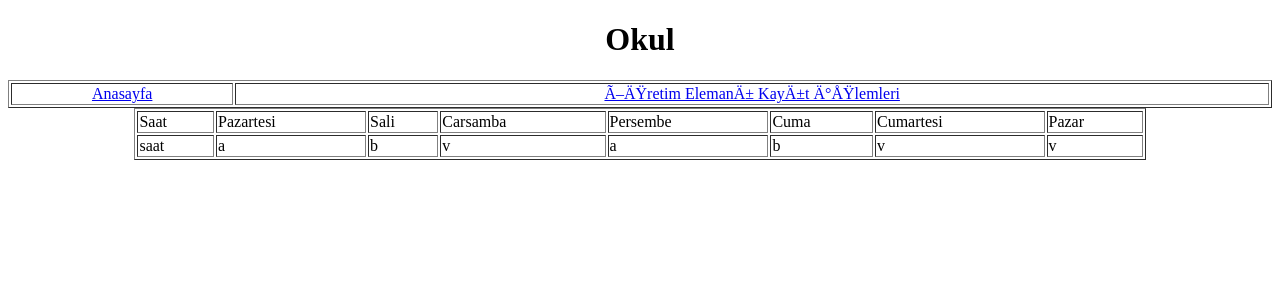
Repository: Egemen-ve-Burakhan-internet-final/final
Page: http://localhost/ogretim/
These files come from the project's save history. The page is drawn as it stood at one moment and after the next save; the edit follows.
The browser window is 1280 px wide. The pictures show the whole page.
The page is served by Tomcat 9. Other server files are loaded and not shown.

Above is the page before, as saved 2020-05-25 14:07:33.

### okul/ogretim/WebContent/index.jsp
<%@ page language="java" contentType="text/html; charset=ISO-8859-1"
    pageEncoding="ISO-8859-1"%>
<!DOCTYPE html>
<html>
<head>
<meta charset="ISO-8859-1">
<title>Insert title here</title>
</head>
<body>
	<div>
		<div>
			<h1 style="text-align:center">Okul</h1>
		</div>

		<div>
			<table border = "1px" width="100%" align= center>
				<tr>
					<td style="text-align:center"><a href="#">Anasayfa</a></td>
					<td style="text-align:center"><a href="#">Öğretim Elemanı Kayıt İşlemleri</a></td>
				</tr>
			</table>
		</div>

		<div>
			<table border = 1px; align = center width=80%>
				<tr>
					<td>Saat</td>
					<td>Pazartesi</td>
					<td>Sali</td>
					<td>Carsamba</td>
					<td>Persembe</td>
					<td>Cuma</td>
					<td>Cumartesi</td>
					<td>Pazar</td>
				</tr>
				<tr>
					<td>saat</td>
					<td>a</td>
					<td>b</td>
					<td>v</td>
					<td>a</td>
					<td>b</td>
					<td>v</td>
					<td>v</td>
				</tr>
			</table>
		</div>

	</div>
</body>
</html>

After the next save:
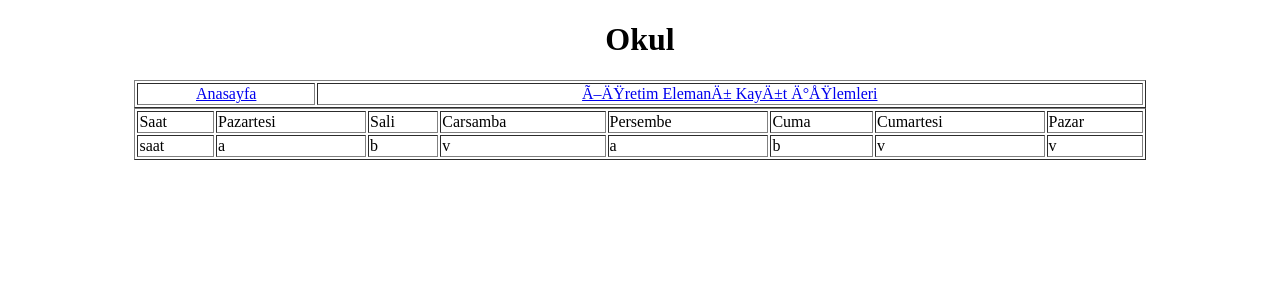
Saved 19 s later.
--- a/okul/ogretim/WebContent/index.jsp
+++ b/okul/ogretim/WebContent/index.jsp
@@ -13,7 +13,7 @@
 		</div>
 
 		<div>
-			<table border = "1px" width="100%" align= center>
+			<table border = "1px" width="80%" align= center>
 				<tr>
 					<td style="text-align:center"><a href="#">Anasayfa</a></td>
 					<td style="text-align:center"><a href="#">Öğretim Elemanı Kayıt İşlemleri</a></td>
